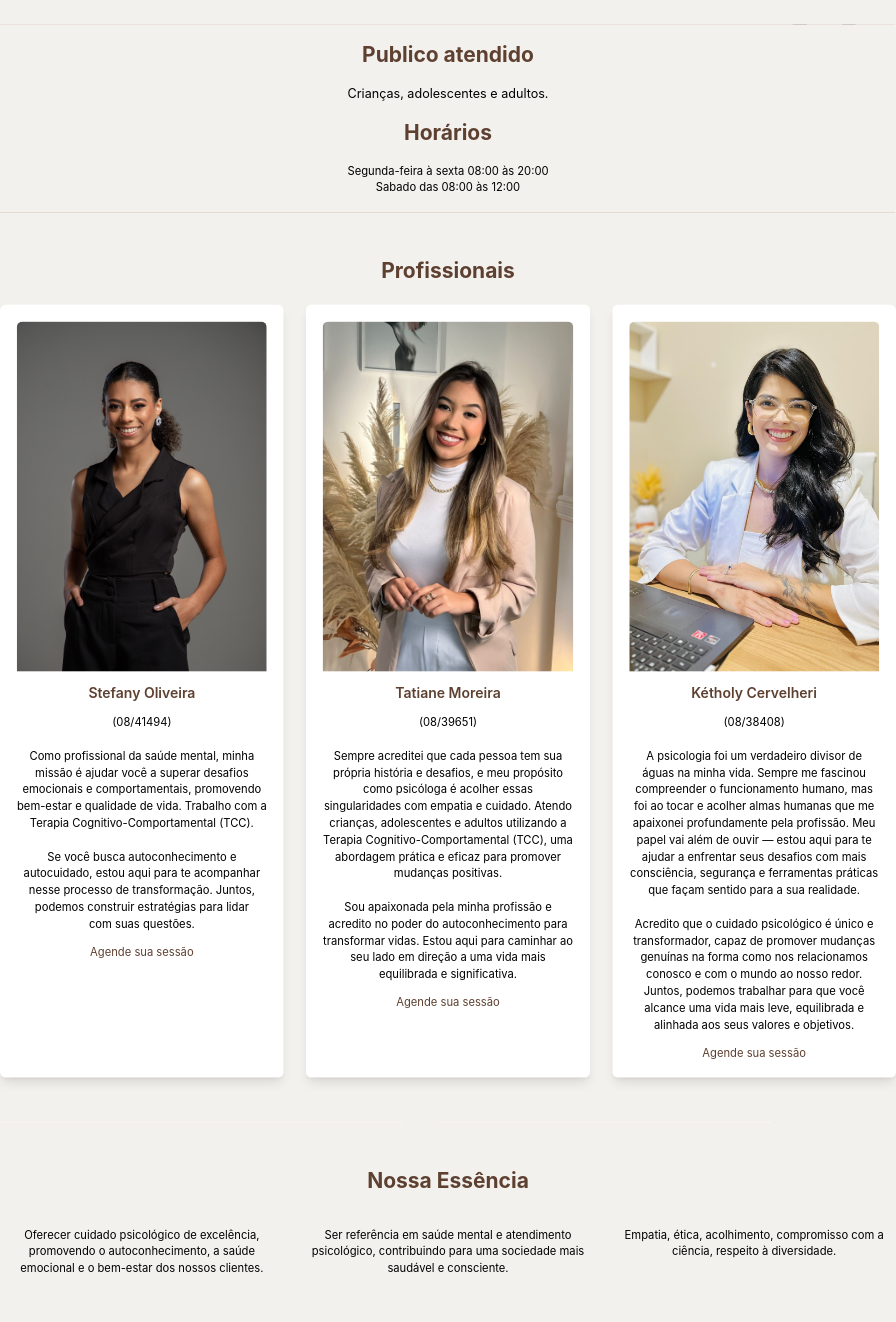
Repository: Mcervelheri/Nous
Page: /
The author's editor kept a copy of each file at every save. The page is drawn from the files as they stood at one save, then again after the next save.
The browser window is 1280 px wide. The pictures show the part of the page from y = 1188 to 3108 px (the page is 3076 px tall before and 3108 px after), at 70% of full size.
The project was rebuilt for these pictures with package versions that can differ from the ones it lists, and the page was loaded fresh each time. Also part of the build but not shown: vite.config.js.

Above is the page before, as saved 2025-02-20 20:37:18.

### index.html
<!DOCTYPE html>
<html lang="en">
  <head>
    <meta charset="UTF-8" />
    <link rel="icon" type="image/svg+xml" href="/src/assets/logos/NOUS.png" />
    <meta name="viewport" content="width=device-width, initial-scale=1.0" />
    <title>Clínica NOUS</title>
  </head>
  <body>
    <div id="root"></div>
    <script type="module" src="/src/main.jsx"></script>
  </body>
</html>

### src/index.css
* {
  margin: 0;
  padding: 0;
  box-sizing: border-box;
}

@media (min-width: 768px) {
  .menu {
    display: flex !important;
  }

  .img_meninas {
    height: 500px;
  }
}

@media (max-width: 768px) {
  .img_meninas {
    height: 500px;
  }

  .inicio {
    flex-direction: column;
  }
}

@media (max-width: 570px) {
  .inicio p {
    text-align: center;
    font-size: 14px;
  }
}

html,
body {
  height: 100%;
  margin: 0;
  padding: 0;
}

#root {
  min-height: 100%;
  display: flex;
  flex-direction: column;
}

main {
  flex: 1;
  padding-bottom: 100px;
  /* Espaço suficiente para o footer */
}

footer {
  flex-shrink: 0;
  /* Isso impede que o footer encolha */
}

body {
  margin: 0;
  font-family: -apple-system, BlinkMacSystemFont, "Segoe UI", "Roboto", "Oxygen",
    "Ubuntu", "Cantarell", "Fira Sans", "Droid Sans", "Helvetica Neue",
    sans-serif;
  -webkit-font-smoothing: antialiased;
  -moz-osx-font-smoothing: grayscale;
}

code {
  font-family: source-code-pro, Menlo, Monaco, Consolas, "Courier New",
    monospace;
}

.map-container {
  height: 100%;
  width: 100%;
}

@tailwind base;
@tailwind components;
@tailwind utilities;

### src/components/Header.jsx
import "react";
import { useState } from "react";
import NavLogo from "./NavLogo";
import HamburgerButton from "./HamburgerButton.jsx";
import NavLinks from "./NavLinks";
import logoNous from "/src/assets/logos/logo-nous.png";

const Header = () => {
  const [isOpen, setIsOpen] = useState(false);

  return (
    <nav className="bg-white w-full">
      <div className="max-w-7xl mx-auto px-4 sm:px-6 lg:px-8">
        <div className="flex justify-between items-center h-16">
          <NavLogo logoSrc={logoNous} alt="Logo NOUS" />
          <HamburgerButton isOpen={isOpen} onClick={() => setIsOpen(!isOpen)} />
          <NavLinks isOpen={isOpen} />
        </div>
      </div>
    </nav>
  );
};

export default Header;

### src/components/Main.jsx
import "react";
import Home from "./Home";
import About from "./About";
import Informations from "./Informations";
import Professionals from "./Professionals";
import Essence from "./Essence";

const Main = () => {
  return (
    <>
      <Home />
      <About />
      <Informations />
      <Professionals />
      <Essence />
    </>
  );
};

export default Main;

### src/components/NavLogo.jsx
import React from "react";

const NavLogo = ({ logoSrc, alt }) => (
  <div>
    <a href="#inicio">
      <img src={logoSrc} alt={alt} className="h-16" />
    </a>
  </div>
);

export default NavLogo;

### src/components/HamburgerButton.jsx
import React from "react";

const HamburgerButton = ({ isOpen, onClick }) => (
  <button
    className="md:hidden text-[#5e4031] focus:outline-none shadow-md p-2"
    onClick={onClick}
  >
    <svg
      className="w-6 h-6"
      xmlns="http://www.w3.org/2000/svg"
      fill="none"
      viewBox="0 0 24 24"
      stroke="currentColor"
    >
      <path
        strokeLinecap="round"
        strokeLinejoin="round"
        strokeWidth={2}
        d={!isOpen ? "M4 6h16M4 12h16M4 18h16" : "M6 18L18 6M6 6l12 12"}
      />
    </svg>
  </button>
);

export default HamburgerButton;

### src/components/NavLinks.jsx
import React from "react";
import NavLink from "./NavLink";

const NavLinks = ({ isOpen }) => {
  const links = [
    { href: "#inicio", label: "Início" },
    { href: "#sobre", label: "Sobre" },
    { href: "#profissionais", label: "Profissionais" },
    { href: "#missao", label: "Missão" },
    { href: "#contato", label: "Agende", isButton: true },
  ];

  return (
    <div
      className={`${
        isOpen ? "absolute top-16 right-0 bg-white shadow-md z-10" : "hidden"
      } md:flex md:items-center md:space-x-6 menu`}
    >
      {links.map((link) => (
        <NavLink key={link.href} href={link.href} isButton={link.isButton}>
          {link.label}
        </NavLink>
      ))}
    </div>
  );
};

export default NavLinks;

### src/components/Home.jsx
import "react";
import logoGrande from "/src/assets/logos/logo-nous-grande.png";

const Home = () => {
  return (
    <div id="inicio" className="relative h-screen">
      <div className="inicio fixed inset-0 flex items-center bg-[#bb947e] justify-center z-10 pointer-events-none">
        <div className="max-w-xl">
          <img src={logoGrande} alt="NOUS " className="img_inicio object-fit" />
        </div>
        <p className="text-xl max-w-2xl text-black mx-auto">
          Reconheça, compreenda, transforme-se.
        </p>
      </div>
    </div>
  );
};

export default Home;

### src/components/About.jsx
import React from "react";

const Sobre = () => {
  return (
    <div id="sobre" className="relative bg-[#f3f1ed] py-16 z-20">
      <div className="container mx-auto text-center">
        <h2 className="text-3xl font-bold mb-6 text-[#5e4031]">
          NOUS: Significado
        </h2>
        <p className="max-w-2xl mx-auto text-lg">
          O nome Nous vem do grego antigo e significa “mente”, “inteligência” ou
          “razão”. Na filosofia grega, Nous é a razão divina que governa o
          universo, trazendo ordem e harmonia ao cosmos. Para nós, esse conceito
          simboliza a importância do autoconhecimento e da inteligência
          emocional no cuidado com a saúde mental.
          <br></br>
          <br></br>
          Em nossa clínica, Nous representa nossa missão de cuidar da mente e
          promover o equilíbrio através da razão e do entendimento profundo dos
          sentimentos e pensamentos.
        </p>
      </div>
    </div>
  );
};

export default Sobre;

### src/components/Informations.jsx
import React from "react";

const Information = () => {
  return (
    <div id="Informacoes" className="relative bg-[#f3f1ed] py-6 z-20">
      <div className="container mx-auto text-center">
        <h2 className="text-3xl font-bold mb-6 text-[#5e4031]">
          Publico atendido
        </h2>
        <p className="max-w-2xl mx-auto text-lg">
          Crianças, adolescentes e adultos.
        </p>
        <br></br>
        <h2 className="text-3xl font-bold mb-6 text-[#5e4031]">Horários</h2>
        <p>Segunda-feira à sexta 08:00 às 20:00</p>
        <p>Sabado das 08:00 às 12:00</p>
      </div>
    </div>
  );
};

export default Information;

### src/components/Professionals.jsx
import React from "react";
import ProfessionalsList from "./ProfessionalsList";

const Professionals = () => {
  return (
    <>
      <div id="profissionais" className="relative bg-[#f3f1ed] py-16 z-20">
        <div className="container mx-auto text-center">
          <h2 className="text-3xl font-bold mb-8 text-[#5e4031]">
            Profissionais
          </h2>
          <ProfessionalsList />
        </div>
      </div>
    </>
  );
};

export default Professionals;

### src/components/Essence.jsx
import React from "react";
import EssenceList from "./EssenceList";

const Mission = () => {
  return (
    <div id="missao" className="py-16 relative bg-[#f3f1ed] z-20">
      <div className="container mx-auto text-center">
        <h2 className="text-3xl font-bold mb-8 text-[#5e4031]">
          Nossa Essência
        </h2>
        <div className="grid md:grid-cols-3 gap-8">
          <EssenceList />
        </div>
      </div>
    </div>
  );
};

export default Mission;

### src/components/NavLink.jsx
import React from "react";

const NavLink = ({ href, children, isButton }) => {
  const baseClasses = "block px-4 py-2";
  const regularClasses = `${baseClasses} md:px-0 hover:text-[#bb947e]`;
  const buttonClasses = `${baseClasses} bg-[#bb947e] text-white px-4 py-2 rounded hover:bg-[#c79165]`;

  return (
    <a href={href} className={isButton ? buttonClasses : regularClasses}>
      {children}
    </a>
  );
};
export default NavLink;

### src/components/ProfessionalsList.jsx
import React from "react";
import Professional from "./Professional";
import professionalsData from "./ProfessionalsData";

const ProfessionalsList = () => {
  return (
    <div className="grid grid-cols-1 lg:grid-cols-3 gap-8">
      {professionalsData.map((professional, index) => (
        <Professional
          key={index}
          img={professional.img}
          name={professional.name}
          crp={professional.crp}
          text1={professional.text1}
          text2={professional.text2}
        />
      ))}
    </div>
  );
};

export default ProfessionalsList;

### src/components/EssenceList.jsx
import React from "react";
import EssenceItem from "./EssenceItem";
import EssenceItensData from "./EssenceItensData";

const EssenceList = () => {
  return (
    <>
      {EssenceItensData.map((item, index) => (
        <EssenceItem key={index} {...item} />
      ))}
    </>
  );
};

export default EssenceList;

### src/components/Professional.jsx
import React from "react";

const Professional = ({ img, name, crp, text1, text2 }) => {
  return (
    <div className="bg-white shadow-lg rounded-lg p-6 w-full">
      <div>
        <img
          src={img}
          alt={name}
          className="w-full img_meninas object-cover object-top rounded-t-lg"
        />
      </div>
      <h3 className="text-xl font-semibold my-4 text-[#5e4031]">{name}</h3>
      <p className="mb-4">
        ({crp})
        <br />
        <br />
        {text1}
        <br />
        <br />
        {text2}
      </p>
      <a href="#contato" className="text-[#5e4031] hover:underline">
        Agende sua sessão
      </a>
    </div>
  );
};

export default Professional;

### src/components/ProfessionalsData.jsx
import stefanyImg from "/src/assets/Professionals/Stefany.jpg";
import tatianeImg from "/src/assets/Professionals/Tatiane.jpg";
import ketholyImg from "/src/assets/Professionals/Ketholy.jpg";

const professionalsData = [
  {
    img: stefanyImg,
    name: "Stefany Oliveira",
    crp: "08/41494",
    text1:
      "Como profissional da saúde mental, minha missão é ajudar você a superar desafios emocionais e comportamentais, promovendo bem-estar e qualidade de vida. Trabalho com a Terapia Cognitivo-Comportamental (TCC).",
    text2:
      "Se você busca autoconhecimento e autocuidado, estou aqui para te acompanhar nesse processo de transformação. Juntos, podemos construir estratégias para lidar com suas questões.",
  },
  {
    img: tatianeImg,
    name: "Tatiane Moreira",
    crp: "08/39651",
    text1:
      "Sempre acreditei que cada pessoa tem sua própria história e desafios, e meu propósito como psicóloga é acolher essas singularidades com empatia e cuidado. Atendo crianças, adolescentes e adultos utilizando a Terapia Cognitivo-Comportamental (TCC), uma abordagem prática e eficaz para promover mudanças positivas.",
    text2:
      "Sou apaixonada pela minha profissão e acredito no poder do autoconhecimento para transformar vidas. Estou aqui para caminhar ao seu lado em direção a uma vida mais equilibrada e significativa.",
  },
  {
    img: ketholyImg,
    name: "Kétholy Cervelheri",
    crp: "08/38408",
    text1:
      "A psicologia foi um verdadeiro divisor de águas na minha vida. Sempre me fascinou compreender o funcionamento humano, mas foi ao tocar e acolher almas humanas que me apaixonei profundamente pela profissão. Meu papel vai além de ouvir — estou aqui para te ajudar a enfrentar seus desafios com mais consciência, segurança e ferramentas práticas que façam sentido para a sua realidade.",
    text2:
      "Acredito que o cuidado psicológico é único e transformador, capaz de promover mudanças genuínas na forma como nos relacionamos conosco e com o mundo ao nosso redor. Juntos, podemos trabalhar para que você alcance uma vida mais leve, equilibrada e alinhada aos seus valores e objetivos.",
  },
];

export default professionalsData;

### src/components/EssenceItem.jsx
import React from "react";

const EssenceItem = ({ item, text }) => {
  return (
    <div>
      <h3 className="text-2xl font-semibold mb-4 text-[#5e4031]">{item}</h3>
      <p>{text}</p>
    </div>
  );
};

export default EssenceItem;

### src/components/EssenceItensData.jsx
import React from "react";

const EssenceItensData = [
  {
    title: "Missão",
    text: "Oferecer cuidado psicológico de excelência, promovendo o autoconhecimento, a saúde emocional e o bem-estar dos nossos clientes.",
  },
  {
    title: "Visão",
    text: "Ser referência em saúde mental e atendimento psicológico, contribuindo para uma sociedade mais saudável e consciente.",
  },
  {
    title: "Valores",
    text: "Empatia, ética, acolhimento, compromisso com a ciência, respeito à diversidade.",
  },
];

export default EssenceItensData;

Loaded but not shown: src/main.jsx (common file); src/App.jsx (common file); tailwind.config.js (common file)

After the next save:
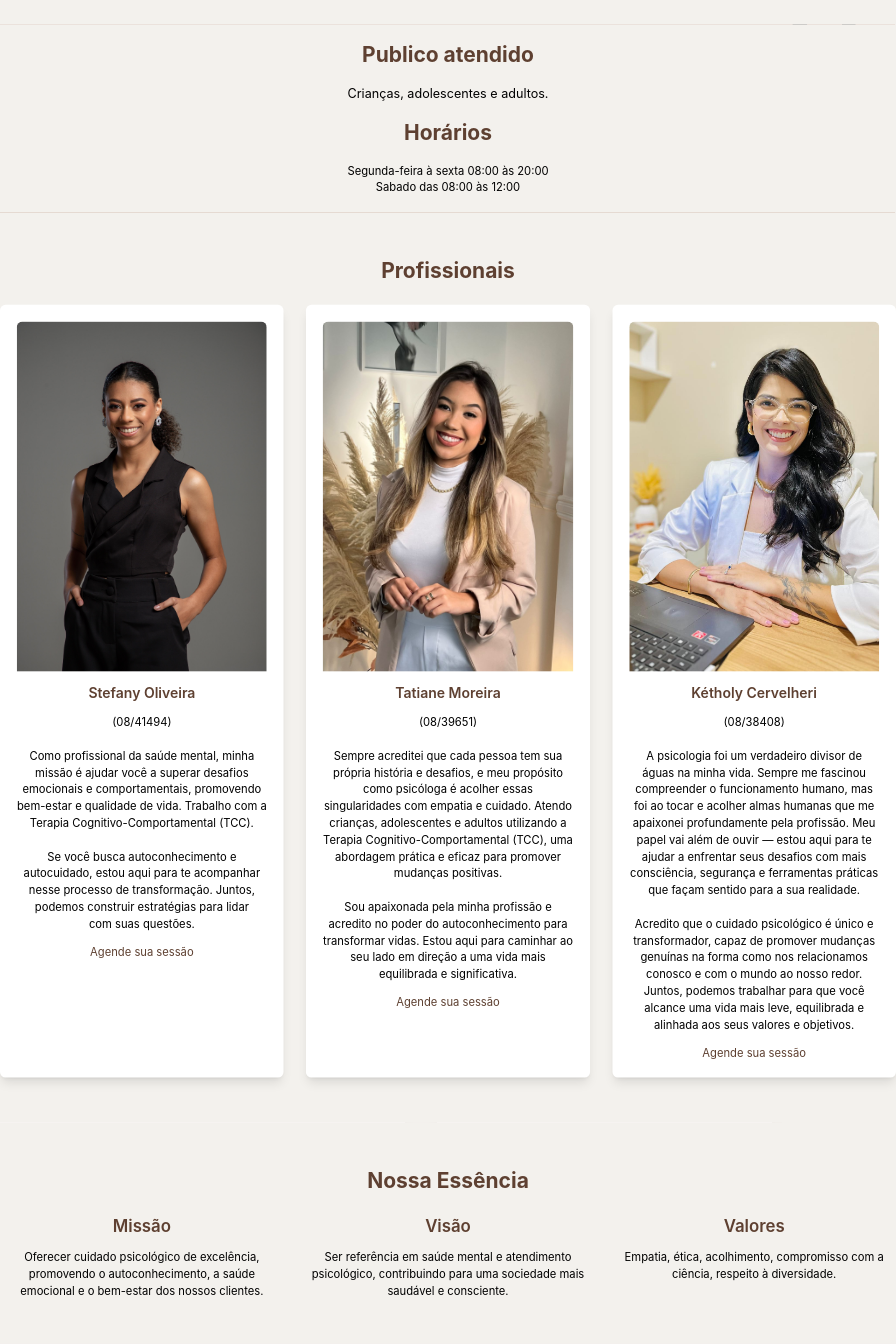
Saved 59 s later.
--- a/src/components/EssenceItensData.jsx
+++ b/src/components/EssenceItensData.jsx
@@ -2,15 +2,15 @@ import React from "react";
 
 const EssenceItensData = [
   {
-    title: "Missão",
+    item: "Missão",
     text: "Oferecer cuidado psicológico de excelência, promovendo o autoconhecimento, a saúde emocional e o bem-estar dos nossos clientes.",
   },
   {
-    title: "Visão",
+    item: "Visão",
     text: "Ser referência em saúde mental e atendimento psicológico, contribuindo para uma sociedade mais saudável e consciente.",
   },
   {
-    title: "Valores",
+    item: "Valores",
     text: "Empatia, ética, acolhimento, compromisso com a ciência, respeito à diversidade.",
   },
 ];
